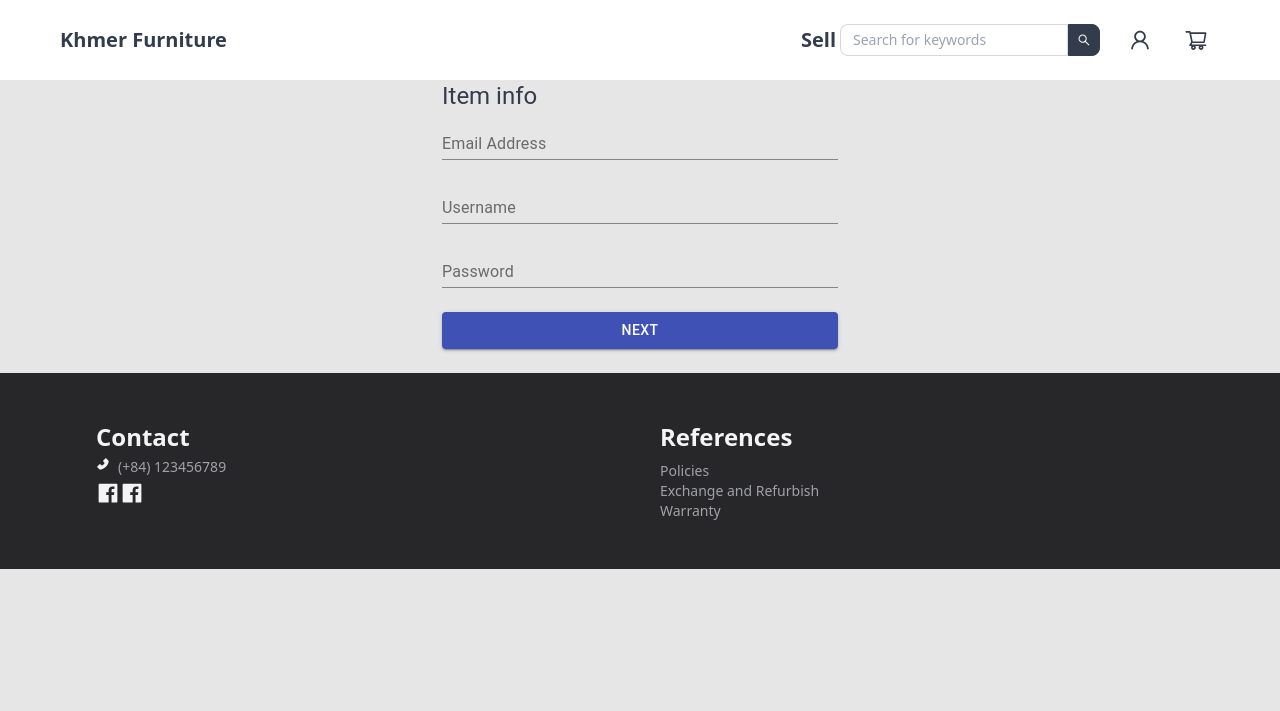
Repository: PlayerNguyen/dotot-shop
Page: /sell (app in client/)
The author's editor kept a copy of each file at every save. The page is drawn from the files as they stood at one save, then again after the next save.
The browser window is 1280 px wide. The pictures show the whole page.
The project was rebuilt for these pictures with package versions that can differ from the ones it lists, and the page was loaded fresh each time. Also part of the build but not shown: client/src/components/NoMatch/NoMatch.jsx, client/src/components/Sell/ProductDetails.js, client/src/components/Sell/Confirmation.js, client/src/components/Sell/Success.js.

Above is the page before, as saved 2022-12-06 11:21:49.

### client/src/index.html
<!DOCTYPE html>
<html lang="en" data-theme="emerald">
  <head>
    <meta charset="UTF-8" />
    <meta http-equiv="X-UA-Compatible" content="IE=edge" />
    <meta name="viewport" content="width=device-width, initial-scale=1.0" />
    <title>dotot.com - Nơi mua bán đồ cũ</title>
    <link rel="stylesheet" href="./index.css" />
  </head>
  <body>
    <div id="app"></div>

    <script src="./index.js" type="module"></script>
  </body>
</html>

### client/src/index.js
import React, { Suspense } from "react";
import client from "react-dom/client";
import { BrowserRouter } from "react-router-dom";
import App from "./App";
import "./index.css";
const appElement = document.getElementById("app");
let root = client.createRoot(appElement);
import { Provider } from "react-redux";
import { store } from "./stores/globalStore";

root.render(
  <React.StrictMode>
    <BrowserRouter>
      <Provider store={store}>
        <App />
      </Provider>
    </BrowserRouter>
  </React.StrictMode>
);

### client/src/App.jsx
import React, { Suspense } from "react";
import { ToastContainer } from "react-toastify";
import { Link, Route, Routes } from "react-router-dom";
const Home = React.lazy(() => import("./components/Home/Home"));
const Credentials = React.lazy(() =>
  import("./components/Credentials/Credentials")
);
import "react-toastify/dist/ReactToastify.css";
const SignUp = React.lazy(() => import("./components/Credentials/SignUp"));
const SignIn = React.lazy(() => import("./components/Credentials/SignIn"));
import Navbar from "./components/Navbar/Navbar";
const SignOut = React.lazy(() => import("./components/Credentials/SignOut"));
const CredentialSelection = React.lazy(() =>
  import("./components/Credentials/CredentialSelection")
);

import NoMatch from "./components/NoMatch/NoMatch";
import Footer from "./components/Footer/Footer";

const Product = React.lazy(() => import("./components/Product/Product"));
const ProductView = React.lazy(() =>
  import("./components/Product/ProductView")
);
const Profile = React.lazy(() => import("./components/Profile/Profile"));
const ProfileGeneral = React.lazy(() =>
  import("./components/Profile/ProfileGeneral")
);
const RequestSignedIn = React.lazy(() =>
  import("./components/RequestSignedIn/RequestSignedIn")
);

import { AiFillHome, AiOutlineUser } from "react-icons/ai";
const Checkout = React.lazy(() => import("./components/Checkout/Checkout"));

import Sell from "./components/Sell/Sell";

export default function App() {
  return (
    <div className="drawer bg-base-200">
      <input id="app-drawer" type="checkbox" className="drawer-toggle" />

      <div className="drawer-content flex flex-col">
        {/* Navbar */}
        <Suspense>
          <Navbar />
        </Suspense>

        {/* Render home */}
        <Routes>
          <Route path="/">
            <Route
              index
              element={
                <Suspense>
                  <Home />
                </Suspense>
              }
            />
            <Route
              path="/users"
              element={
                <Suspense>
                  <Credentials />
                </Suspense>
              }
            >
              {/* TODO: check whether user is logged in or not, to put current */}
              <Route
                index
                element={
                  <Suspense>
                    <CredentialSelection />
                  </Suspense>
                }
              />
              <Route
                path="/users/sign-up"
                element={
                  <Suspense>
                    <SignUp />
                  </Suspense>
                }
              />
              <Route
                path="/users/sign-in"
                element={
                  <Suspense>
                    <SignIn />
                  </Suspense>
                }
              />
              <Route path="/users/sign-out" element={<SignOut />} />
            </Route>
            <Route
              path="/products"
              element={
                <Suspense>
                  <Product />
                </Suspense>
              }
            >
              <Route
                path=":productId"
                element={
                  <Suspense>
                    <ProductView />
                  </Suspense>
                }
              />
            </Route>
            <Route
              element={
                <Suspense>
                  <RequestSignedIn />
                </Suspense>
              }
            >
              <Route
                path="/profile"
                element={
                  <Suspense>
                    <Profile />
                  </Suspense>
                }
              >
                <Route
                  path="/profile/general"
                  element={
                    <Suspense>
                      <ProfileGeneral />
                    </Suspense>
                  }
                />
              </Route>
            </Route>
            <Route
              path="/checkout"
              element={
                <Suspense>
                  <Checkout />
                </Suspense>
              }
            ></Route>
            <Route path="/sell" element={<Sell />} />
            <Route path="*" element={<NoMatch />} />
          </Route>
        </Routes>

        {/* Footer */}
        <Footer />
      </div>
      {/* Drawer side */}
      <div className="drawer-side">
        <label htmlFor="app-drawer" className="drawer-overlay"></label>
        <ul className="menu p-4 overflow-y-auto w-80 bg-base-100">
          <li>
            <Link to="/" className="">
              <i>
                <AiFillHome />
              </i>
              <span>Home</span>
            </Link>
          </li>

          <li>
            <Link to="/profile">
              <i>
                <AiOutlineUser />
              </i>
              <span>Users</span>
            </Link>
          </li>
        </ul>
      </div>

      <ToastContainer />
    </div>
  );
}

### client/src/stores/globalStore.ts
import { configureStore } from "@reduxjs/toolkit";
import cartSliceReducer from "../slices/CartSlice";
export const store = configureStore({
  reducer: {
    cart: cartSliceReducer,
  },
});

// Infer the `RootState` and `AppDispatch` types from the store itself
export type RootState = ReturnType<typeof store.getState>;
// Inferred type: {posts: PostsState, comments: CommentsState, users: UsersState}
export type AppDispatch = typeof store.dispatch;

### client/src/components/Navbar/Navbar.jsx
import { useState } from "react";
import {
  AiFillSetting,
  AiOutlineSearch,
  AiOutlineShoppingCart,
  AiOutlineUser,
} from "react-icons/ai";
import { ImExit } from "react-icons/im";
import { FiMenu } from "react-icons/fi";
import { Link } from "react-router-dom";

export default function Navbar() {
  const [cartSize, setCartSize] = useState(0);
  const [signedIn, setSignedIn] = useState(false);

  useState(() => {
    setSignedIn(localStorage.getItem("token") !== null);
  }, [localStorage]);

  return (
    <div className="navbar bg-base-100 lg:px-12">
      {/* Navbar start section */}
      <div className="flex flex-row lg:hidden">
        <label htmlFor="app-drawer" className="drawer-button btn btn-ghost">
          <FiMenu className="text-xl" />
        </label>
      </div>

      <div className="flex-1 px-3">
        <Link to="/">
          <h1 className="text-xl font-bold">Khmer Furniture</h1>
        </Link>
      </div>

      {/* Wide screen  */}
      <div className="hidden lg:flex flex-row gap-1 text-2xl">
      <Link to="/sell">
          <h1 className="text-xl font-bold">Sell </h1>
          <span></span>
        </Link>
        {/* Search group */}
        <div>
          <div className=" input-group">
            <input
              className="input input-bordered input-sm"
              placeholder="Search for keywords"
            />
            <button className="btn btn-square btn-sm">
              <AiOutlineSearch />
            </button>
          </div>
        </div>
        {/* Link group */}
        <div className="menu menu-horizontal p-2 rounded-box text-md">
          {!signedIn ? (
            <li>
              <Link to={"/users/"}>
                <AiOutlineUser />
              </Link>
            </li>
          ) : (
            <li>
              <div className="dropdown dropdown-end dropdown-hover block">
                <label tabIndex={0}>
                  <AiOutlineUser />
                </label>
                <ul
                  tabIndex={0}
                  className="menu dropdown-content p-2 shadow bg-base-100 rounded-box w-52 mt-4 text-sm"
                >
                  <li className="block">
                    <Link to="/profile">
                      <AiFillSetting />
                      Profile
                    </Link>
                  </li>
                  <li className="block">
                    <Link to={`/users/sign-out`}>
                      <ImExit />
                      Sign out
                    </Link>
                  </li>
                </ul>
              </div>
            </li>
          )}

          <li>
            <Link to={"/checkout"} className="relative">
              <AiOutlineShoppingCart />
              {cartSize && cartSize > 0 ? (
                <span className="text-sm ">{cartSize}</span>
              ) : null}
            </Link>
          </li>
        </div>
      </div>

      {/* For small screen */}
      <div className="lg:hidden">
        <div className="menu menu-horizontal p-2 rounded-box text-xl">
          {/* Shopping cart */}
          <li>
            <a className="relative">
              <span>
                <AiOutlineShoppingCart />
              </span>
              {cartSize && cartSize > 0 ? (
                <span className="absolute text-sm left-2 top-2 bg-red-400 px-2 rounded-full text-white">
                  {cartSize}
                </span>
              ) : null}
            </a>
          </li>
          {/* Search */}
          <li>
            <a className="relative">
              <AiOutlineSearch />
            </a>
          </li>
        </div>
      </div>
    </div>
  );
}

### client/src/components/Footer/Footer.jsx
import React from "react";
import { AiFillFacebook, AiFillPhone } from "react-icons/ai";

export default function Footer() {
  return (
    <div className="footer-wrapper bg-zinc-800 text-zinc-100 md:px-12">
      <footer className="footer p-12 min-h-[20vh] flex flex-col gap-4 sm:flex-row  sm:gap-10">
        <div className="flex flex-col gap-1 flex-1">
          {/* <div className="font-bold text-2xl">General</div> */}
          <div className={`font-bold text-2xl`}>Contact</div>

          <div>
            <div className="flex flex-row gap-2">
              <span>
                <AiFillPhone />
              </span>
              <span className="text-zinc-400">(+84) 123456789</span>
            </div>
            {/* Social medias */}
            <div className="flex flex-row text-2xl my-1">
              <div>
                <AiFillFacebook />
              </div>
              <div>
                <AiFillFacebook />
              </div>
            </div>
          </div>
        </div>

        <div className="flex-1">
          <div className="text-2xl font-bold">References</div>
          <div className="text-zinc-400">
            <div>Policies</div>
            <div>Exchange and Refurbish</div>
            <div>Warranty</div>
          </div>
        </div>
      </footer>
    </div>
  );
}

### client/src/components/Sell/Sell.jsx
import React, { Component } from 'react'
import UserDetails from './UserDetails';
import ProductDetails from './ProductDetails';
import Confirmation from './Confirmation';
import Success from './Success';

export default class Sell extends Component{

  state = {
    step: 1,
    email: '',
    username: '',
    password: '',
    firstName: '',
    lastName: '',
    country: '',
    levelOfEducation: '',
  }

  // go back to previous step
  prevStep = () => {
    const { step } = this.state;
    this.setState({ step: step - 1 });
  }

  // proceed to the next step
  nextStep = () => {
    const { step } = this.state;
    this.setState({ step: step + 1 });
  }

  // Handle fields change
  handleChange = input => e => {
    this.setState({ [input]: e.target.value });
  }

  render() {
    const { step } = this.state;
    const { email, username, password, firstName, lastName, country, levelOfEducation } = this.state;
    const values = { email, username, password, firstName, lastName, country, levelOfEducation }

    switch(step) {
      case 1:
        return (
          <UserDetails
            nextStep={ this.nextStep }
            handleChange={ this.handleChange }
            values={ values }
          />
        )
      case 2:
        return (
          <ProductDetails
            prevStep={ this.prevStep }
            nextStep={ this.nextStep }
            handleChange={ this.handleChange }
            values={ values }
          />
        )
      case 3:
          return (
            <Confirmation
              prevStep={ this.prevStep }
              nextStep={ this.nextStep }
              values={ values }
            />
          )
        case 4:
          return (
            <Success />
          )
      default:
          // do nothing
    }
  }

}

### client/src/slices/CartSlice.ts
import { createSlice } from "@reduxjs/toolkit";
import type { PayloadAction } from "@reduxjs/toolkit";

const cart = localStorage.getItem(
  process.env.CART_ITEM_KEY_NAME ? process.env.CART_ITEM_KEY_NAME : "cartItems"
);
const initialState = {
  items: cart ? JSON.parse(cart) : new Set(),
};

const CartSlice = createSlice({
  name: "Cart",
  initialState,
  reducers: {
    addCartItem: (state, action: PayloadAction<string>) => {
      if (!state.items.includes(action.payload)) {
        state.items = [...state.items, action.payload];
      }
    },
    removeCartItem: (state, action: PayloadAction<string>) => {
      state.items = [...state.items].filter((ele) => ele !== action.payload);
    },
    clearCartItem: (state) => {
      state.items = [];
    },
  },
});

export const { addCartItem, removeCartItem, clearCartItem } = CartSlice.actions;

export default CartSlice.reducer;

### client/src/components/Sell/UserDetails.js
import React from 'react'
// import { makeStyles } from '@material-ui/core/styles';
import { Container, Typography, Grid, TextField, Button } from '@material-ui/core'


const UserDetails = ({ nextStep, handleChange, values }) => {

    // for continue event listener
    const Continue = e => {
      e.preventDefault();
      nextStep();
    }

    return (
      <Container  component="main" maxWidth="xs">
        <div>
          <Typography  component="h1" variant="h5" className='content-center bold'>
           Item info
          </Typography>
          <form>
            <Grid container spacing={2}>
                {/* email address */}
                <Grid item xs={12}>
                  <TextField
                    placeholder="Email Address"
                    label="Email Address"
                    onChange={handleChange('email')}
                    defaultValue={values.email}
                    // variant="outlined"
                    autoComplete="email"
                    fullWidth
                  />
                </Grid>
                <br />
                {/* username */}
                <Grid item xs={12}>
                  <TextField
                    placeholder="Username"
                    label="Username"
                    onChange={handleChange('username')}
                    defaultValue={values.username}
                    // variant="outlined"
                    autoComplete="username"
                    fullWidth
                  />
                </Grid>
                <br />
                {/* password */}
                <Grid item xs={12}>
                  <TextField
                    placeholder="Password"
                    label="Password"
                    onChange={handleChange('password')}
                    defaultValue={values.password}
                    // variant="outlined"
                    autoComplete="password"
                    fullWidth
                    type="password"
                  />
                </Grid>
            </Grid>
            <br />
            <Button
              onClick={ Continue }
              type="submit"
              fullWidth
              variant="contained"
              color="primary"
            >
              Next
            </Button>
          </form>
        </div>
        <br/>
      </Container>
    )
  }

  export default UserDetails

### client/tailwind.config.js
/** @type {import('tailwindcss').Config} */
module.exports = {
  content: ["./src/**/*.{html,js,ts,jsx,tsx}"],
  theme: {
    extend: {},
  },
  plugins: [require("daisyui")],
  // daisyUI config (optional)
  daisyui: {
    styled: true,
    themes: true,
    base: true,
    utils: true,
    logs: true,
    rtl: false,
    prefix: "",
    darkTheme: "dark",
  },
};

Loaded but not shown: client/src/index.css (common file)

After the next save:
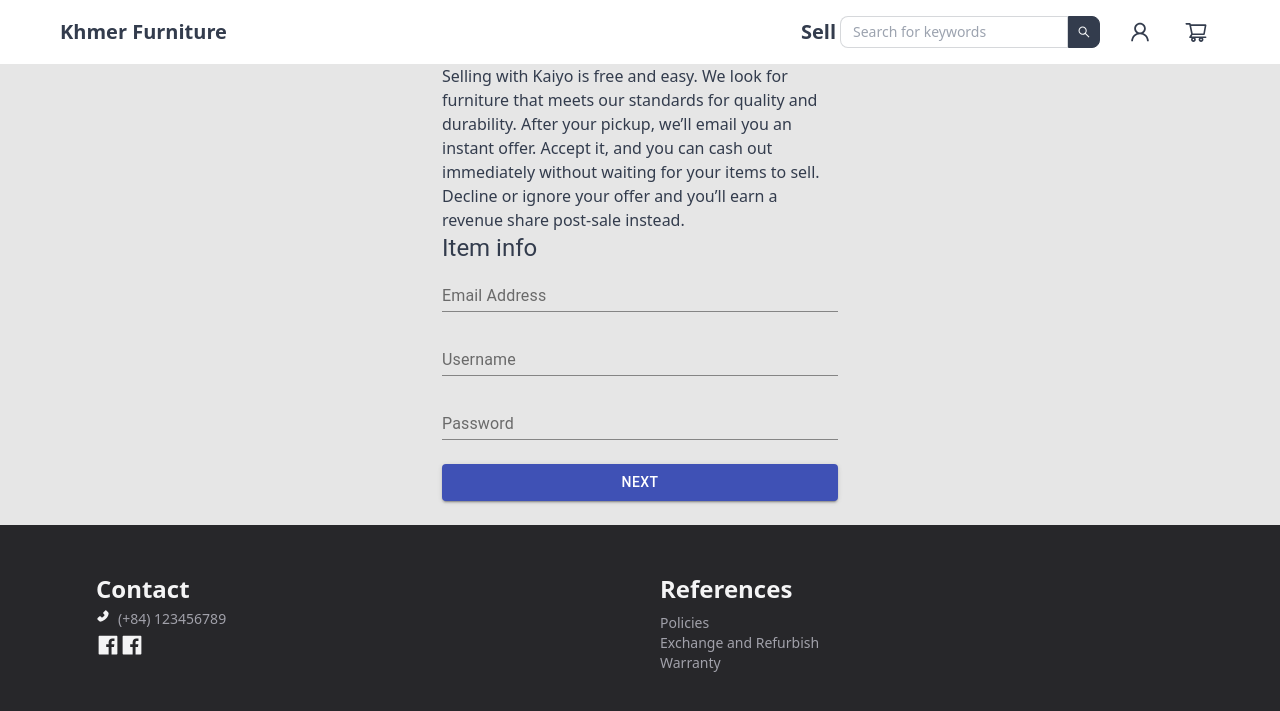
Saved 41 s later.
--- a/client/src/components/Sell/UserDetails.js
+++ b/client/src/components/Sell/UserDetails.js
@@ -14,6 +14,8 @@ const UserDetails = ({ nextStep, handleChange, values }) => {
     return (
       <Container  component="main" maxWidth="xs">
         <div>
+        <div> Selling with Kaiyo is free and easy. We look for furniture that meets our standards for quality and durability.
+After your pickup, we’ll email you an instant offer. Accept it, and you can cash out immediately without waiting for your items to sell. Decline or ignore your offer and you’ll earn a revenue share post-sale instead.</div>
           <Typography  component="h1" variant="h5" className='content-center bold'>
            Item info
           </Typography>
